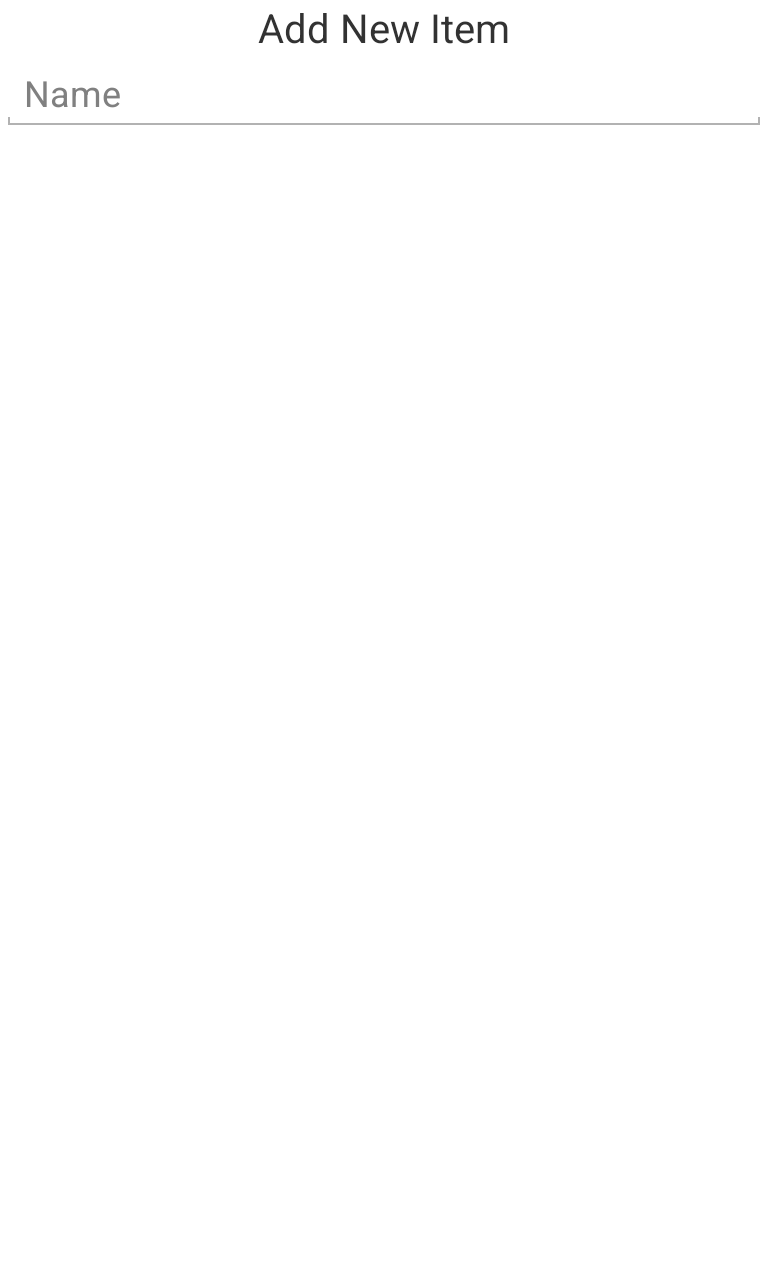
Repository: efreestone/CPM_Freestone
Layout: Project1Android/res/layout/activity_new_item.xml
These files come from the project's save history. The layout is drawn as it stood at one moment and after the next save; the edit follows.
It is drawn on a 768 x 1280 px phone screen (xhdpi) without system bars, with theme AppTheme; the app's code is not run.

Above is the layout before, as saved 2014-09-30 22:38:37.

After the next save:
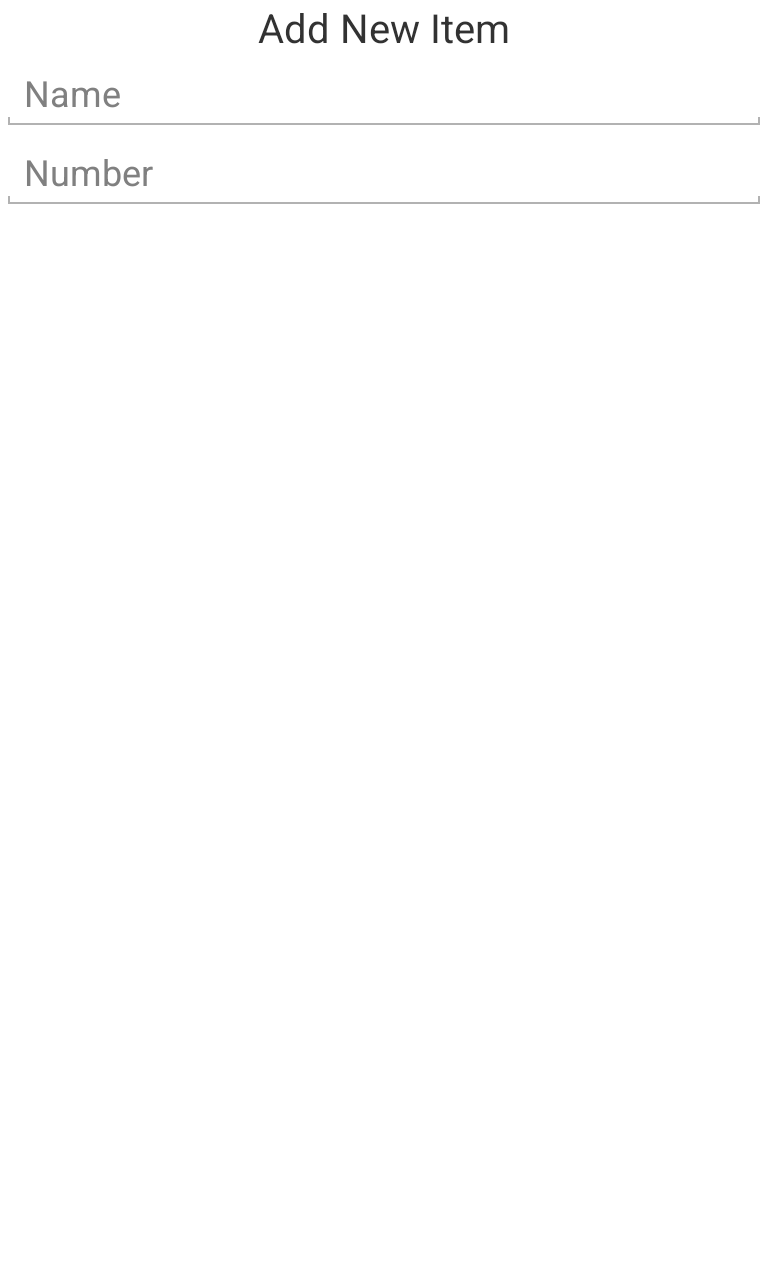
Saved 54 s later.
--- a/Project1Android/res/layout/activity_new_item.xml
+++ b/Project1Android/res/layout/activity_new_item.xml
@@ -16,7 +16,13 @@
         android:id="@+id/nameEditText"
         android:layout_width="match_parent"
         android:layout_height="wrap_content"
-        android:hint="Name"/>
+        android:hint="Name" />
+
+    <EditText
+        android:id="@+id/numberEdtText"
+        android:layout_width="match_parent"
+        android:layout_height="wrap_content"
+        android:hint="Number" />
 
 
 </LinearLayout>
